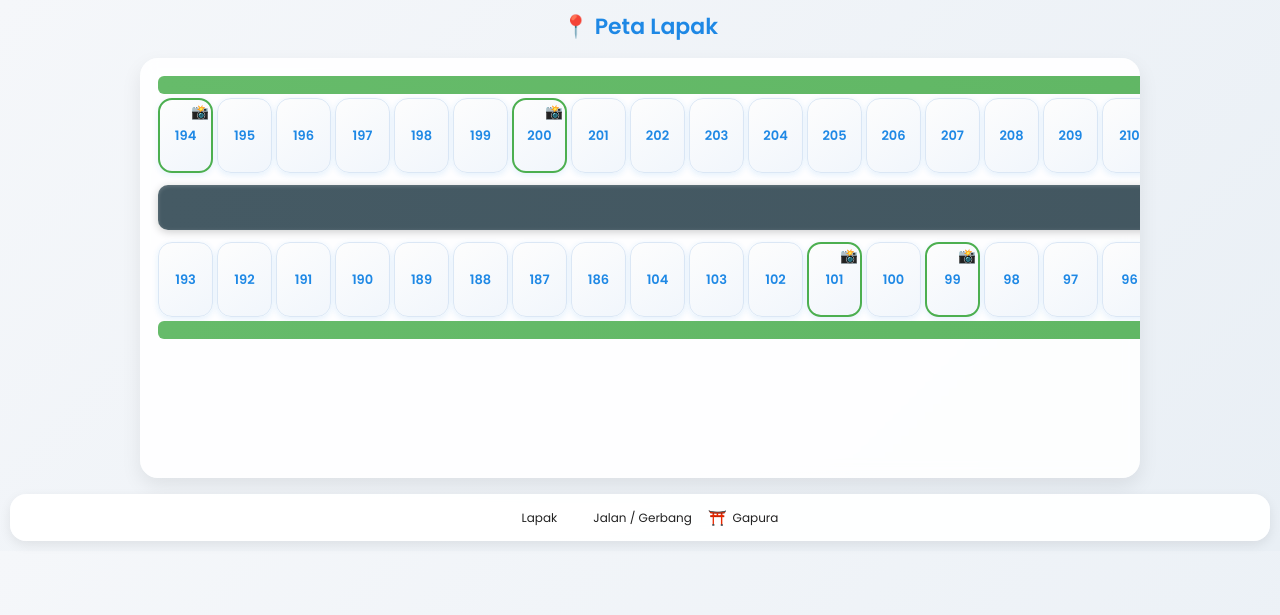
Repository: pasarrakyatbak/denah
Page: index.html
An editor plug-in stored every save of this project. The page is shown before and after the next save, followed by the edit.
The browser window is 1280 px wide. The pictures show the whole page.

Above is the page before, as saved 2025-09-20 11:06:49.

### index.html
<!DOCTYPE html>
<html lang="id">

<head>
    <meta charset="utf-8" />
    <meta name="viewport" content="width=device-width, initial-scale=1" />
    <title>Peta Lapak Modern</title>
    <link href="https://fonts.googleapis.com/css2?family=Poppins:wght@400;600&display=swap" rel="stylesheet">
    <link rel="stylesheet" href="style.css" />
</head>

<body>
    <h1>📍 Peta Lapak</h1>

    <!-- Tooltip -->
    <div class="tooltip" id="tooltip"></div>

    <!-- Grid Container -->
    <div class="scroll-container">
        <div class="h-inner">
            <!-- Rumput kiri -->
            <div class="rumput-wrapper">
                <div class="rumput"></div>
            </div>

            <!-- Lapak kanan (sekarang di atas jalan utama) -->
            <div class="row bottom" id="right-side"></div>
            <!-- Jalan utama -->
            <div class="road-wrapper">
                <div class="road">JALAN UTAMA</div>
            </div>

            <!-- Lapak kiri (sekarang di bawah jalan utama) -->
            <div class="row top" id="left-side"></div>

            <!-- Rumput kanan -->
            <div class="rumput-wrapper">
                <div class="rumput"></div>
            </div>
        </div>
    </div>
    <!-- Modal Foto -->
    <div id="photoModal" class="modal">
        <span class="modal-close" id="modalClose">&times;</span>
        <img class="modal-content" id="modalImg" />
        <div id="caption"></div>
    </div>

    <!-- Legend -->
    <div class="legend">
        <div>
            <div class="legend-color lapak-color"></div> Lapak
        </div>
        <div>
            <div class="legend-color jalan-color"></div> Jalan / Gerbang
        </div>
        <div>
            <div class="legend-icon">⛩️</div> Gapura
        </div>
    </div>
    </div>

    <script src="script.js"></script>
</body>

</html>

### style.css
/* Reset & Base */
* {
    margin: 0;
    padding: 0;
    box-sizing: border-box;
}

body {
    font-family: 'Poppins', sans-serif;
    background: linear-gradient(135deg, #f5f7fa, #e9eff5);
    color: #222;
    padding: 10px;
    text-align: center;
}

h1 {
    font-size: 22px;
    margin-bottom: 15px;
    color: #1e88e5;
    font-weight: 700;
}

/* Scroll container */
.scroll-container {
    width: 100%;
    max-width: 1000px;
    height: 420px;
    overflow: auto;
    background: rgba(255, 255, 255, 0.9);
    border-radius: 18px;
    padding: 18px;
    backdrop-filter: blur(8px);
    box-shadow: 0 8px 20px rgba(0, 0, 0, 0.08);
    margin: auto;
    transition: 0.3s ease;
}

.h-inner {
    display: flex;
    flex-direction: column;
    gap: 4px;
    min-width: max-content;
}

.row {
    display: flex;
    align-items: flex-start;
    flex-wrap: wrap;
    min-width: max-content;
    gap: 4px;
}

/* Lapak compact modern */
.lapak {
    width: 55px;
    height: 75px;
    border-radius: 14px;
    background: linear-gradient(145deg, #fdfdfd, #f1f6fc);
    border: 1px solid #dbe7f5;
    color: #1e88e5;
    font-weight: 600;
    display: flex;
    align-items: center;
    justify-content: center;
    cursor: pointer;
    font-size: 13px;
    transition: all 0.25s ease;
    box-shadow: 0 2px 6px rgba(30, 136, 229, 0.12);
}

.lapak:hover {
    background: linear-gradient(145deg, #1e88e5, #1565c0);
    color: #fff;
    transform: translateY(-5px) scale(1.07);
    box-shadow: 0 8px 18px rgba(30, 136, 229, 0.3);
}

/* Jalan utama */
.road {
    height: 45px;
    background: linear-gradient(90deg, #455a64, #37474f);
    color: #fff;
    display: flex;
    align-items: center;
    justify-content: center;
    border-radius: 10px;
    font-weight: 600;
    font-size: 13px;
    margin: 8px 0;
    letter-spacing: 0.5px;
    box-shadow: inset 0 1px 4px rgba(255, 255, 255, 0.2),
        0 2px 8px rgba(0, 0, 0, 0.2);
}

/* Jalan / Gerbang */
.jalan-gerbang {
    width: 100px;
    height: 35px;
    background: linear-gradient(145deg, #ff9800, #f57c00);
    color: #fff;
    display: flex;
    align-items: center;
    justify-content: center;
    border-radius: 10px;
    font-weight: 600;
    font-size: 12px;
    box-shadow: 0 4px 10px rgba(255, 152, 0, 0.35);
    transition: 0.25s ease;
}

.jalan-gerbang:hover {
    background: linear-gradient(145deg, #fb8c00, #ef6c00);
    transform: translateY(-3px) scale(1.05);
}

/* Gapura lintas jalan */
.gapura-container {
    width: 50px;
    height: 75px;
    display: flex;
    flex-direction: column;
    align-items: center;
    justify-content: center;
    gap: 2px;
}

.gapura-icon {
    font-size: 20px;
}

.gapura-arrow {
    font-size: 14px;
}

/* Rumput */
.rumput-wrapper {
    position: relative;
}

.rumput {
    height: 18px;
    width: 100%;
    background: linear-gradient(90deg, #66bb6a, #43a047);
    border-radius: 6px;
}

/* Modern Legend */
.legend {
    margin-top: 16px;
    background: rgba(255, 255, 255, 0.95);
    padding: 12px 16px;
    border-radius: 16px;
    /* lebih smooth */
    font-size: 12px;
    font-weight: 500;
    /* lebih ringan */
    display: flex;
    gap: 16px;
    justify-content: center;
    flex-wrap: wrap;
    box-shadow: 0 4px 12px rgba(0, 0, 0, 0.08);
    /* lebih lembut dan modern */
    backdrop-filter: blur(8px);
    transition: all 0.3s ease;
}

.legend div {
    display: flex;
    align-items: center;
    gap: 6px;
    /* lebih lega */
}

.legend-color {
    width: 14px;
    height: 14px;
    border-radius: 4px;
    transition: transform 0.2s ease;
}

.legend-color:hover {
    transform: scale(1.2);
    /* interaktif saat hover */
}

.legend-icon {
    font-size: 15px;
    color: #555;
    /* lebih netral */
    transition: color 0.3s ease;
}

.legend-icon:hover {
    color: #000;
    /* highlight saat hover */
}

/* Modal */
.modal {
    display: none;
    position: fixed;
    z-index: 999;
    padding-top: 60px;
    left: 0;
    top: 0;
    width: 100%;
    height: 100%;
    overflow: auto;
    background-color: rgba(0, 0, 0, 0.8);
}

.modal-content {
    margin: auto;
    display: block;
    max-width: 90%;
    max-height: 80%;
    border-radius: 12px;
}

.modal-close {
    position: absolute;
    top: 20px;
    right: 35px;
    color: #fff;
    font-size: 40px;
    font-weight: bold;
    cursor: pointer;
    transition: 0.3s;
}

.modal-close:hover {
    color: #ff9800;
}

#caption {
    margin: 15px auto;
    text-align: center;
    color: #fff;
    font-size: 16px;
}

/* Tambahkan ini ke CSS */
.lapak.has-photo {
    border: 2px solid #4CAF50;
    /* hijau menandakan ada foto */
    position: relative;
}

.lapak.has-photo::after {
    content: "📸";
    /* ikon kamera */
    position: absolute;
    top: 2px;
    right: 2px;
    font-size: 0.9rem;
}

/* Top Menu Modern */
.top-menu {
    display: flex;
    justify-content: center;
    align-items: center;
    margin-bottom: 15px;
    backdrop-filter: blur(8px);
    background: rgba(255, 255, 255, 0.7);
    border-radius: 14px;
    padding: 8px 12px;
    box-shadow: 0 4px 15px rgba(0, 0, 0, 0.08);
    transition: all 0.3s ease;
}

.top-menu ul {
    display: flex;
    list-style: none;
    gap: 20px;
    padding: 0;
    margin: 0;
}

.top-menu .menu-item {
    font-weight: 600;
    font-size: 14px;
    color: #1e88e5;
    text-decoration: none;
    display: flex;
    align-items: center;
    gap: 6px;
    padding: 6px 10px;
    border-radius: 8px;
    transition: all 0.25s ease;
}

.top-menu .menu-item:hover {
    background: linear-gradient(135deg, #1e88e5, #1565c0);
    color: #fff;
    transform: translateY(-2px) scale(1.05);
    box-shadow: 0 6px 12px rgba(30, 136, 229, 0.25);
}

/* Icon Gapura sedikit lebih besar */
.top-menu .gapura span {
    font-size: 18px;
}

/* 🔹 Dark Mode */
body.dark {
    background: linear-gradient(135deg, #1c1c1c, #2a2a2a);
    color: #eee;
}

body.dark h1 {
    color: #64b5f6;
}

/* Scroll container */
body.dark .scroll-container {
    background: rgba(30, 30, 30, 0.85);
    box-shadow: 0 8px 20px rgba(0, 0, 0, 0.4);
}

/* Lapak */
body.dark .lapak {
    background: linear-gradient(145deg, #2c2c2c, #3a3a3a);
    border: 1px solid #444;
    color: #64b5f6;
    box-shadow: 0 2px 6px rgba(100, 181, 246, 0.12);
}

body.dark .lapak:hover {
    background: linear-gradient(145deg, #64b5f6, #1565c0);
    color: #fff;
    box-shadow: 0 8px 18px rgba(100, 181, 246, 0.3);
}

/* Jalan utama */
body.dark .road {
    background: linear-gradient(90deg, #263238, #37474f);
    color: #eee;
    box-shadow: inset 0 1px 4px rgba(255, 255, 255, 0.1), 0 2px 8px rgba(0, 0, 0, 0.4);
}

/* Jalan / Gerbang */
body.dark .jalan-gerbang {
    background: linear-gradient(145deg, #ffb74d, #ff9800);
    color: #222;
    box-shadow: 0 4px 10px rgba(255, 183, 77, 0.35);
}

body.dark .jalan-gerbang:hover {
    background: linear-gradient(145deg, #ffcc80, #fb8c00);
}

/* Rumput */
body.dark .rumput {
    background: linear-gradient(90deg, #388e3c, #2e7d32);
}

/* Gapura container */
body.dark .gapura-container {
    color: #eee;
}

/* Legend */
body.dark .legend {
    background: rgba(40, 40, 40, 0.85);
    color: #eee;
    box-shadow: 0 4px 12px rgba(0, 0, 0, 0.4);
}

body.dark .legend-icon {
    color: #ccc;
}

body.dark .legend-icon:hover {
    color: #fff;
}

/* Modal */
body.dark .modal-content {
    border: 2px solid #444;
}

/* Top Menu */
body.dark .top-menu {
    background: rgba(40, 40, 40, 0.7);
    box-shadow: 0 4px 15px rgba(0, 0, 0, 0.4);
}

body.dark .top-menu .menu-item {
    color: #64b5f6;
}

body.dark .top-menu .menu-item:hover {
    background: linear-gradient(135deg, #64b5f6, #1565c0);
    color: #fff;
}

/* Tambahan smooth transition */
body,
.lapak,
.scroll-container,
.road,
.jalan-gerbang,
.rumput,
.legend,
.top-menu {
    transition: all 0.3s ease;
}

/* Responsif HP kecil */
@media (max-width: 480px) {
    .lapak {
        width: 42px;
        height: 60px;
        font-size: 10px;
    }
}

/* Responsif Tablet */
@media (min-width: 481px) and (max-width: 1024px) {
    .lapak {
        width: 50px;
        height: 70px;
        font-size: 12px;
    }
}

/* Desktop normal */
@media (min-width: 1025px) {
    .lapak {
        width: 55px;
        height: 75px;
        font-size: 13px;
    }
}

### script.js
// DATA NOMOR
const leftNumbers = [1, 2, 3, 4, 5, 6, 7, 8, 9, 10, 11, 15, 16, 17, 18, 19, 20, 21, 22, 23, 24, 25, 26, 27, 28, 29, 30, 31, 32, 33, 34, 35, 36, 37, 38, 39, 40, 41, 42, 43, 44, 45, 46, 47, 48, 49, 50, 51, 52, 53, 54, 55, 56, 57, 58, 59, 60, 61, 62, 63, 64, 65, 66, 67, 68, 69, 70, 71, 72, 73, 74, 75, 76, 77, 78, 79, 80, 81, 82, 83, 84, 85, 86, 87, 88, 89, 90, 91, 92, 93, 94, 95, 96, 97, 98, 99, 100, 101, 102, 103, 104, 186, 187, 188, 189, 190, 191, 192, 193];
const rightNumbers = [194, 195, 196, 197, 198, 199, 200, 201, 202, 203, 204, 205, 206, 207, 208, 209, 210, 211, 212, 213, 105, 106, 107, 108, 109, 110, 111, 112, 113, 114, 115, 116, 117, 118, 119, 120, 121, 122, 123, 124, 125, 126, 127, 128, 129, 130, 131, 132, 133, 134, 135, 136, 137, 138, 214, 215, 216, 139, 140, 141, 142, 143, 144, 145, 146, 147, 148, 149, 150, 151, 152, 153, 154, 155, 156, 157, 158, 159, 160, 161, 162, 163, 164, 165, 166, 167, 168, 169, 170, 171, 172, 173, 174, 175, 176, 177, 178, 179, 180, 181, 182, 183, 184, 185];
const isDarkMode = document.body.classList.contains('dark');

const rightSide = document.getElementById('right-side');
const leftSide = document.getElementById('left-side');

// Buat lapak
function makeLapak(num) {
    const d = document.createElement('div');
    d.className = 'lapak';
    d.textContent = num;
    return d;
}

rightNumbers.forEach(n => rightSide.appendChild(makeLapak(n)));
leftNumbers.slice().reverse().forEach(n => leftSide.appendChild(makeLapak(n)));

// Gerbang
function insertGerbangBetween(parent, a, b, label = 'Gerbang') {
    const children = Array.from(parent.children);
    const idxA = children.findIndex(c => c.textContent == String(a));
    const idxB = children.findIndex(c => c.textContent == String(b));
    if (idxA === -1 || idxB === -1) return;
    const insertAfterIndex = Math.min(idxA, idxB);
    const refNode = parent.children[insertAfterIndex + 1] || null;
    const g = document.createElement('div');
    g.className = 'jalan-gerbang';
    g.textContent = label;
    parent.insertBefore(g, refNode);
}
insertGerbangBetween(leftSide, 2, 3);
insertGerbangBetween(leftSide, 11, 15);

// Gapura lintas jalan
function insertGapura(leftParent, rightParent, a, b) {
    const idxL = Array.from(leftParent.children).findIndex(c => c.textContent == a);
    const idxR = Array.from(rightParent.children).findIndex(c => c.textContent == b);
    if (idxL === -1 || idxR === -1) return;

    const gapuraBottom = document.createElement('div');
    gapuraBottom.className = 'gapura-container';
    gapuraBottom.innerHTML = `<div class="gapura-icon">⛩️</div><div class="gapura-arrow">⬆️</div>`;
    leftParent.insertBefore(gapuraBottom, leftParent.children[idxL + 1]);

    const gapuraTop = document.createElement('div');
    gapuraTop.className = 'gapura-container';
    gapuraTop.innerHTML = `<div class="gapura-arrow">⬇️</div><div class="gapura-icon">⛩️</div>`;
    rightParent.insertBefore(gapuraTop, rightParent.children[idxR]);
}
insertGapura(leftSide, rightSide, 57, 146);

// Jalan
function insertJalan(parent, a, b, label = 'Jalan') {
    const idxA = Array.from(parent.children).findIndex(c => c.textContent == a);
    const idxB = Array.from(parent.children).findIndex(c => c.textContent == b);
    if (idxA === -1 || idxB === -1) return;
    const insertAfter = Math.min(idxA, idxB);
    const refNode = parent.children[insertAfter + 1] || null;
    const jalan = document.createElement('div');
    jalan.className = 'jalan-gerbang';
    jalan.textContent = label;
    parent.insertBefore(jalan, refNode);
}

// Contoh insert
insertJalan(rightSide, 156, 157);
insertJalan(rightSide, 216, 139);
insertJalan(rightSide, 163, 164);
insertJalan(rightSide, 180, 181);

const tooltip = document.getElementById('tooltip');

function showTooltip(e, text) {
    tooltip.textContent = text;
    tooltip.style.left = e.pageX + 10 + 'px';
    tooltip.style.top = e.pageY + 10 + 'px';
    tooltip.style.opacity = 1;
}

function hideTooltip() {
    tooltip.style.opacity = 0;
}

// Tambahkan tooltip untuk setiap elemen
document.querySelectorAll('.lapak').forEach(el => {
    el.addEventListener('mouseenter', e => showTooltip(e, 'Lapak #' + el.textContent));
    el.addEventListener('mousemove', e => showTooltip(e, 'Lapak #' + el.textContent));
    el.addEventListener('mouseleave', hideTooltip);
});

document.querySelectorAll('.jalan-gerbang').forEach(el => {
    el.addEventListener('mouseenter', e => showTooltip(e, 'Jalan / Gerbang: ' + el.textContent));
    el.addEventListener('mousemove', e => showTooltip(e, 'Jalan / Gerbang: ' + el.textContent));
    el.addEventListener('mouseleave', hideTooltip);
});
document.querySelectorAll('.gapura-container').forEach(el => {
    el.addEventListener('mouseenter', e => showTooltip(e, 'Gapura Lintas Jalan'));
    el.addEventListener('mousemove', e => showTooltip(e, 'Gapura Lintas Jalan'));
    el.addEventListener('mouseleave', hideTooltip);
});

// Mapping foto tiap lapak (contoh)
const lapakPhotos = {
    2: 'images/lapak2.jpg',
    3: 'images/lapak3.jpg',
    11: 'images/lapak11.jpg',
    29: 'images/lapak29.jpg',
    37: 'images/lapak37.jpg',
    51: 'images/lapak51.jpg',
    57: 'images/lapak57.jpg',
    61: 'images/lapak61.jpg',
    70: 'images/lapak70.jpg',
    83: 'images/lapak83.jpg',
    84: 'images/lapak84.jpg',
    86: 'images/lapak86.jpg',
    99: 'images/lapak99.jpg',
    101: 'images/lapak108.jpg',
    124: 'images/lapak124.jpg',
    137: 'images/lapak137.jpg',
    139: 'images/lapak139.jpg',
    140: 'images/lapak140.jpg',
    145: 'images/lapak145.jpg',
    151: 'images/lapak151.jpg',
    153: 'images/lapak153.jpg',
    157: 'images/lapak157.jpg',
    163: 'images/lapak163.jpg',
    168: 'images/lapak168.jpg',
    194: 'images/lapak194.jpg',
    200: 'images/lapak200.jpg',
    214: 'images/lapak214.jpg'
};


const modal = document.getElementById('photoModal');
const modalImg = document.getElementById('modalImg');
const caption = document.getElementById('caption');
const modalClose = document.getElementById('modalClose');

// Klik lapak
document.querySelectorAll('.lapak').forEach(el => {
    el.addEventListener('click', () => {
        const num = el.textContent;
        if (lapakPhotos[num]) {
            modal.style.display = 'block';
            modalImg.src = lapakPhotos[num];
            caption.textContent = 'Lapak #' + num;
        } else {
            alert('Foto belum tersedia untuk lapak #' + num);
        }
    });
});

// Tutup modal
modalClose.addEventListener('click', () => {
    modal.style.display = 'none';
});

// Tutup modal saat klik luar gambar
window.addEventListener('click', e => {
    if (e.target === modal) {
        modal.style.display = 'none';
    }
});
// Setelah membuat semua lapak, tandai yang ada fotonya
document.querySelectorAll('.lapak').forEach(el => {
    const num = el.textContent;
    if (lapakPhotos[num]) {
        el.classList.add('has-photo'); // tambahkan kelas
    }
});

After the next save:
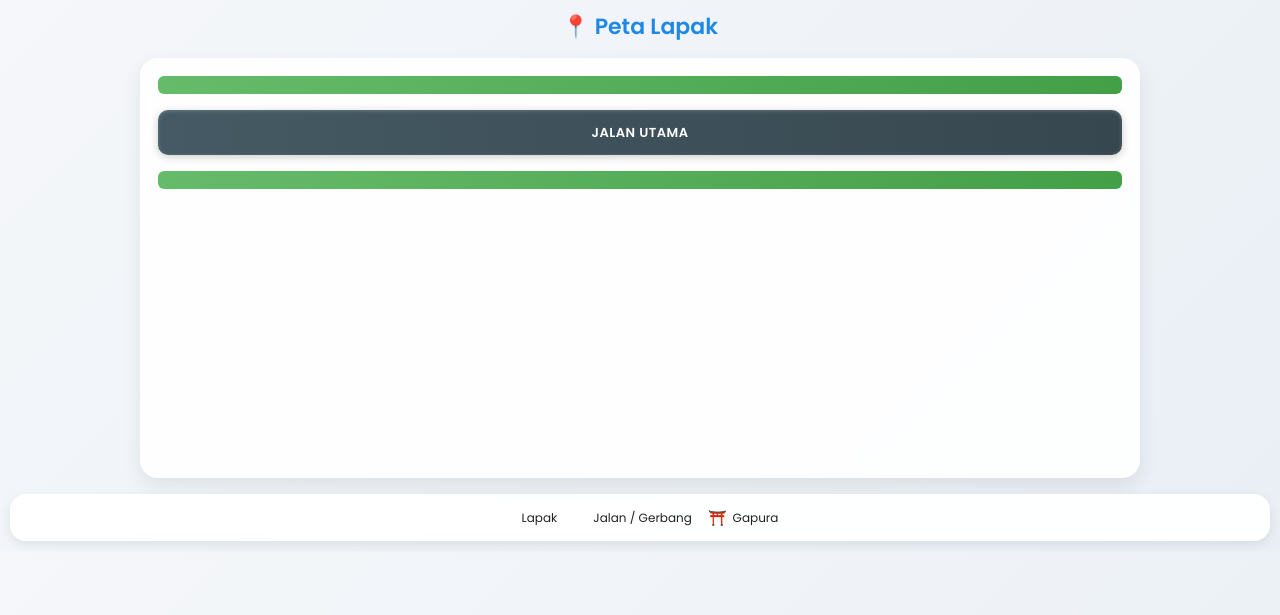
Console error: TypeError: Cannot read properties of null (reading 'addEventListener')
Saved 21 s later.
--- a/script.js
+++ b/script.js
@@ -6,6 +6,12 @@ const isDarkMode = document.body.classList.contains('dark');
 const rightSide = document.getElementById('right-side');
 const leftSide = document.getElementById('left-side');
 
+// Toggle Dark Mode
+const toggleDark = document.getElementById('toggleDark');
+toggleDark.addEventListener('change', e => {
+    if (e.target.checked) { document.body.classList.add('dark'); }
+    else { document.body.classList.remove('dark'); }
+});
 // Buat lapak
 function makeLapak(num) {
     const d = document.createElement('div');

After the save that followed:
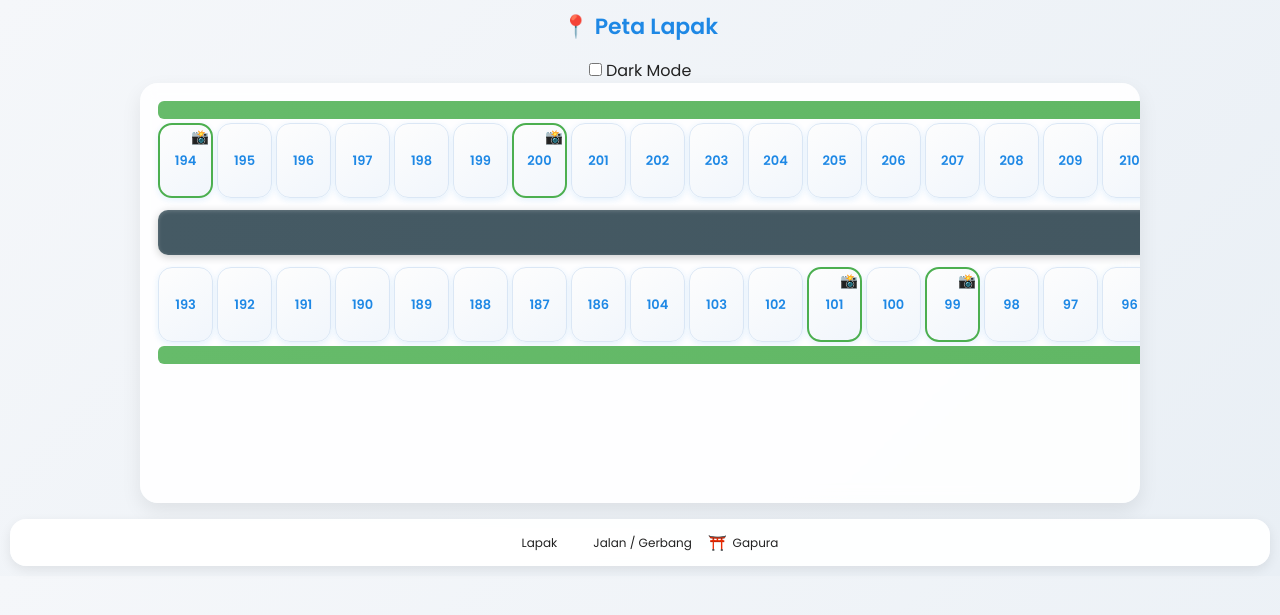
The error is gone.
Saved 38 s later.
--- a/index.html
+++ b/index.html
@@ -11,7 +11,13 @@
 
 <body>
     <h1>📍 Peta Lapak</h1>
-
+    <!-- Toggle Dark Mode -->
+    <div class="dark-toggle">
+        <label>
+            <input type="checkbox" id="toggleDark">
+            Dark Mode
+        </label>
+    </div>
     <!-- Tooltip -->
     <div class="tooltip" id="tooltip"></div>
 
